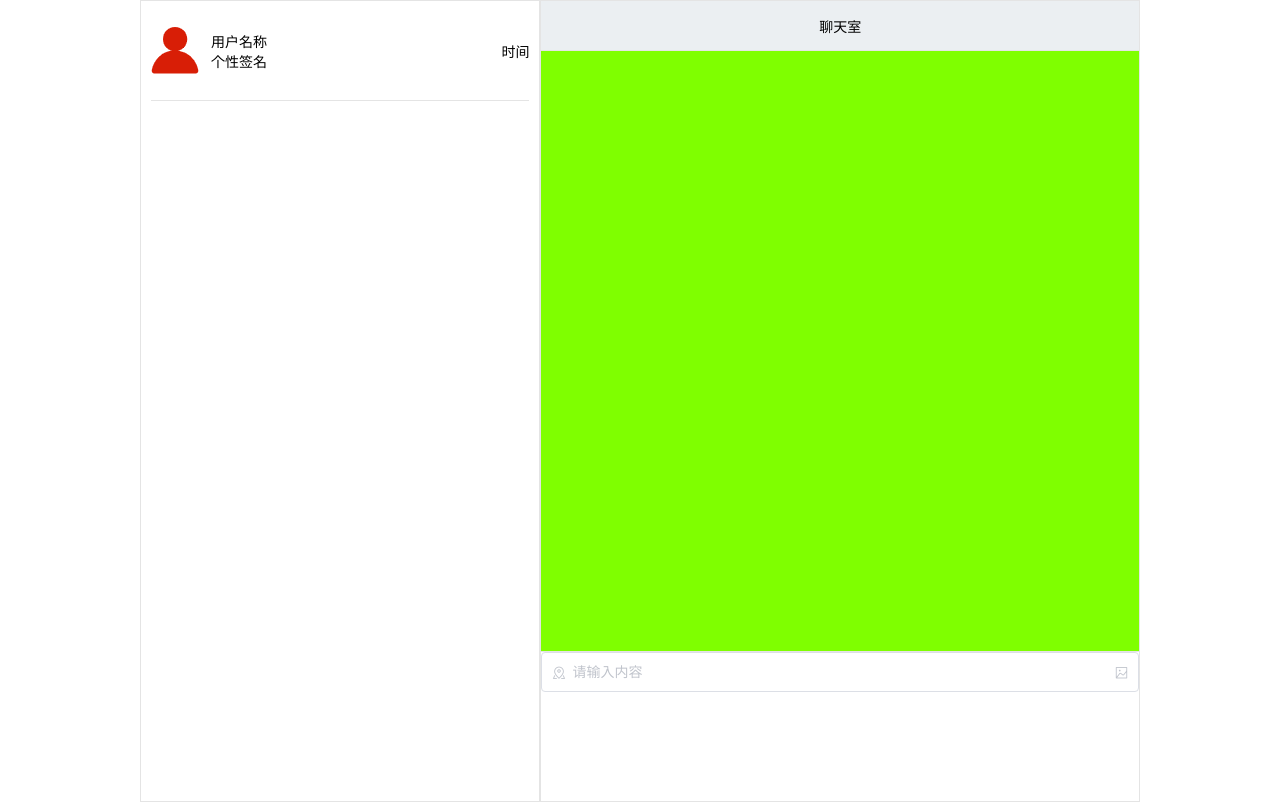
Repository: jinggegeZ/livechat
Page: /
These files come from the project's save history. The page is drawn as it stood at one moment and after the next save; the edit follows.
The browser window is 1280 px wide. The pictures show the whole page.
The project was rebuilt for these pictures with package versions that can differ from the ones it lists, and the page was loaded fresh each time.

Above is the page before, as saved 2020-08-17 11:37:56.

### src/main.js
import Vue from 'vue'
import App from './App.vue'
import router from './router'
import store from './store'
import ElementUI from 'element-ui';
import 'element-ui/lib/theme-chalk/index.css';

Vue.config.productionTip = false
Vue.use(ElementUI);
new Vue({
  router,
  store,
  render: h => h(App)

}).$mount('#app')

### src/App.vue
<template>
  <div id="app">

    <router-view/>
  </div>
</template>

<style lang="scss">
*{
  margin: 0;
  padding: 0;
}
</style>

### src/views/Home.vue
<template>
  <div class="content">
    <div class="content-c">
      <div class="box">
        <!-- 用户信息 -->
        <div class="box1">
          <div class="box1-1">
            <div class="box1-1-1">
              <!-- 头像 -->
              <div class="img">
                <img src="../../public/image/active-my.png" alt />
              </div>
              <!-- 用户信息 -->
              <div>
                <div>用户名称</div>
                <div>个性签名</div>
              </div>
            </div>
            <!-- 时间 -->
            <div>时间</div>
          </div>
        </div>
        <!-- 聊天信息 -->
        <div class="box2">
          <div class="box2-1">
              <div class="box2-1-top">聊天室</div>
              <div class="box2-1-body">

              </div>
          </div>
          <div class="box2-2">
            <div>
            <el-input v-model="input" placeholder="请输入内容" prefix-icon="el-icon-map-location"  suffix-icon="el-icon-picture-outline"></el-input>
            </div>
          </div>
        </div>
      </div>
    </div>
  </div>
</template>

<script>
export default {
  name: "",
  props: {},
  components: {},
  data() {
    return {
      input:''
    };
  },
  methods: {},
  mounted() {},
  watch: {},
  computed: {},
};
</script>

<style scoped lang='scss'>
.content {
  width: 100%;
  display: flex;
  justify-content: center;
  font-size: 14px;
}
.content-c {
  width: 95%;
  display: flex;
  justify-content: center;
  align-items: center;
}
.box {
  width: 1000px;
  height: 800px;
  background: white;
  display: flex;
}
.box1 {
  flex: 4;
  height: 100%;
  display: flex;
  justify-content: center;
  border: 1px solid rgb(228, 228, 228);
}
.box1-1 {
  width: 95%;
  height: 99px;
  border-bottom: 1px solid rgb(228, 228, 228);
  display: flex;
  align-items: center;
  justify-content: space-between;
}
.box1-1-1 {
  display: flex;
  align-items: center;
  height: 100%;
}
.img {
  width: 50px;
  height: 50px;
  border-radius: 50%;
  margin-right: 10px;
}
.box2 {
  flex: 6;
  height: 100%;
  position: relative;
  border: 1px solid rgb(228, 228, 228);
}
.box2-2 {
  position: absolute;
  bottom: 0;
  width: 100%;
  height: 149px;
  z-index: 1;
  border-top: 1px solid rgb(228, 228, 228);
}
.box2-1-top {
  width: 100%;
  height: 49px;
  border-bottom: 1px solid rgb(228, 228, 228);
  display: flex;
  justify-content: center;
  align-items: center;
  background: rgb(235,239,242);
}
.box2-1-body {
  width: 100%;
  height: 600px;
  background: chartreuse;
}
</style>

Loaded but not shown: public/index.html (common file); src/router/index.js (common file); src/store/index.js (common file)

After the next save:
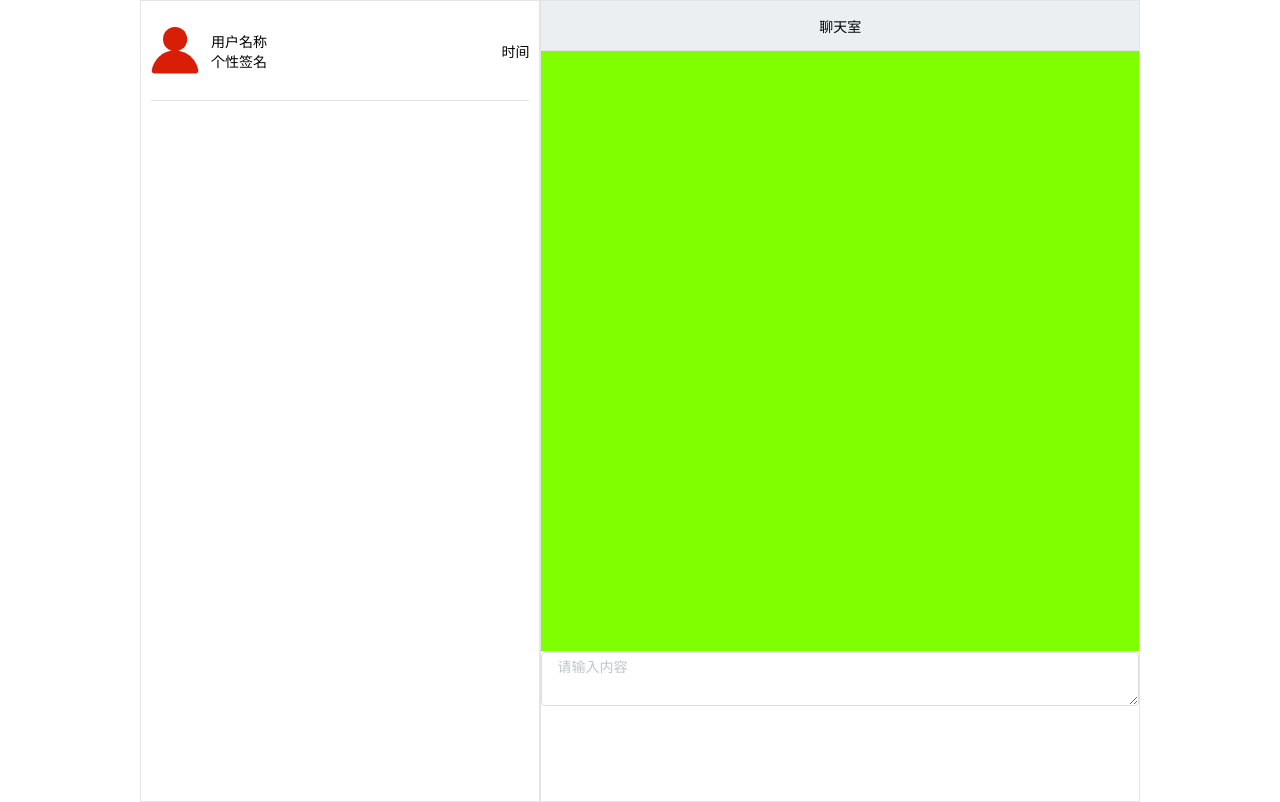
Saved 2 min 56 s later.
--- a/src/views/Home.vue
+++ b/src/views/Home.vue
@@ -30,7 +30,7 @@
           </div>
           <div class="box2-2">
             <div>
-            <el-input v-model="input" placeholder="请输入内容" prefix-icon="el-icon-map-location"  suffix-icon="el-icon-picture-outline"></el-input>
+            <el-input type="textarea" v-model="input" placeholder="请输入内容" prefix-icon="el-icon-map-location"  suffix-icon="el-icon-picture-outline"></el-input>
             </div>
           </div>
         </div>
